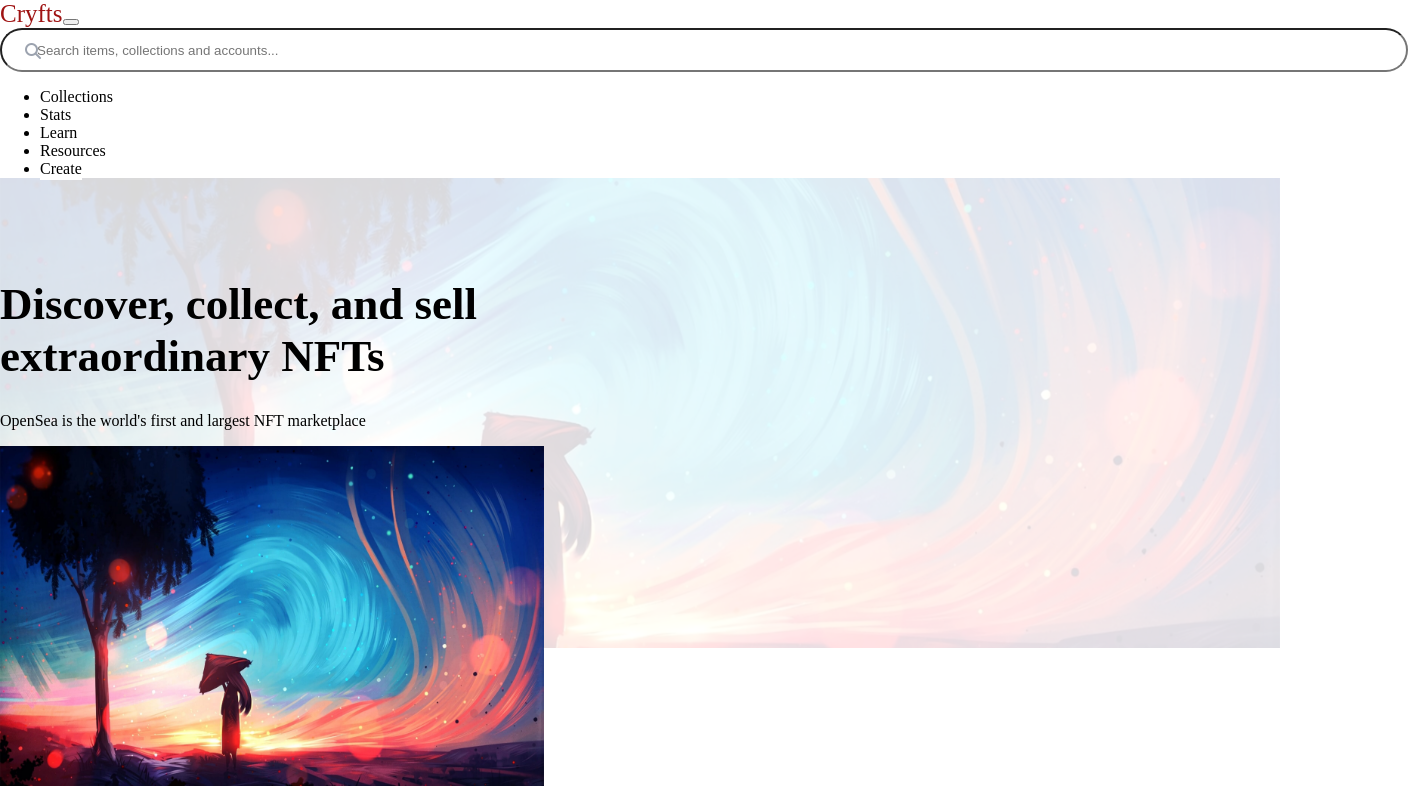
Repository: Huzaifa-2609/opensea_project
Page: /
These files come from the project's save history. The page is drawn as it stood at one moment and after the next save; the edit follows.
The browser window is 1280 px wide. The page is 1408 px wide, so the pictures cover 1408 px, including what lies to the right of the window. The pictures show the whole page.
Some web libraries are served in a nearby version. The project was rebuilt for these pictures with package versions that can differ from the ones it lists, and the page was loaded fresh each time. The framework's server and built-in components were replaced by stand-ins that run in the browser. Also part of the build but not shown: next.config.js, styles/Home.module.css.

Above is the page before, as saved 2022-07-09 18:57:30.

### pages/_app.js
import Navbar from '../components/Navbar'
import '../styles/globals.css'
import Head from "next/head"
import Script from 'next/script'
import "../styles/hero.css"
function MyApp({ Component, pageProps }) {
  return(
    <>
    <Script src="https://kit.fontawesome.com/30bda3e318.js" crossorigin="anonymous"></Script>
    <Script src="https://cdn.jsdelivr.net/npm/bootstrap@5.2.0-beta1/dist/js/bootstrap.bundle.min.js" integrity="sha384-pprn3073KE6tl6bjs2QrFaJGz5/SUsLqktiwsUTF55Jfv3qYSDhgCecCxMW52nD2" crossOrigin="anonymous"></Script>
    <Navbar title={"Cryfts"}/>
  <Component {...pageProps} />
  </>
  )
}

export default MyApp

### pages/_document.js
import { Html, Head, Main, NextScript } from 'next/document'

export default function Document() {
  return (
    <Html>
      <Head>
      <link href="https://cdn.jsdelivr.net/npm/bootstrap@5.2.0-beta1/dist/css/bootstrap.min.css" rel="stylesheet" integrity="sha384-0evHe/X+R7YkIZDRvuzKMRqM+OrBnVFBL6DOitfPri4tjfHxaWutUpFmBp4vmVor" crossOrigin="anonymous"/>
      </Head>
      <body>
        <Main />
        <NextScript />
      </body>
    </Html>
  )
}

### pages/index.js
import Head from 'next/head'
import Image from 'next/image'
import Hero from '../components/Hero'
import styles from '../styles/Home.module.css'

export default function Home() {
  return (
    <>
    <div>
      <Head>
        <title>Create Next App</title>
        <meta name="description" content="Generated by create next app" />
        <link rel="icon" href="/favicon.ico" />
      </Head>
         </div>
      <Hero/>
      </>
  )
}

### components/Navbar.js
import React from 'react'
import Link from 'next/link'
import { useRouter } from 'next/router'
const Navbar = (props) => {
  const location=useRouter();
  return (
    <div>
      <nav className="navbar shadow-sm fixed-top navbar-expand-lg navbar-light">
  <div className="container-fluid">
    <a className="navbar-brand text-color fw-bolder ml-2" href="/">{props.title}</a>
    <button className="navbar-toggler" type="button" data-bs-toggle="collapse" data-bs-target="#navbarSupportedContent" aria-controls="navbarSupportedContent" aria-expanded="false" aria-label="Toggle navigation">
      <span className="navbar-toggler-icon"></span>
    </button>

    <div className="collapse navbar-collapse" style={{width:"50%"}} id="navbarSupportedContent">

            <div className="row height d-flex justify-content-center align-items-center">

                <div className="form">
                  <i className="fa fa-search"></i>
                  <input type="text" className="form-control form-input" placeholder="Search items, collections and accounts..."/>
                </div>

            </div>


      <ul className="navbar-nav gap-4 m-auto mb-2 mb-lg-0 fw-bold" style={location.pathname==="/signup"?{visibility:"hidden"}:{}}>
      <li className="nav-item">
          <Link href="/collections/0x7132e1d414161A232c2027aE6C66D7914649bA66"><a className="nav-link " aria-current="page" >Collections</a></Link>
        </li>
        <li className="nav-item">
          <Link href="/"><a className="nav-link" aria-current="page" >Stats</a></Link>
        </li>
        <li className="nav-item">
          <Link href="/"><a className="nav-link " >Learn</a></Link>
        </li>

        <li className="nav-item dropdown">
          <Link href="/"><a className="nav-link dropdown-toggle pe-none"  id="navbarDropdown" role="button" data-bs-toggle="dropdown" aria-expanded="false">
            Resources
          </a></Link>
          <ul className="dropdown-menu" aria-labelledby="navbarDropdown">
            <li><Link href="/"><a className="dropdown-item" >Action</a></Link></li>
            <li><Link href="/"><a className="dropdown-item" >Another action</a></Link></li>
            <li><hr className="dropdown-divider"/></li>
            <li><Link href="/"><a className="dropdown-item" >Something else here</a></Link></li>
          </ul>
        </li>
        <li className="nav-item">
          <Link  href="/"><a className="nav-link">Create</a></Link>
        </li>
      </ul >
      {/* <form className="d-flex" role="search">
        <ul className="navbar-nav gap-3 media" style={location.pathname==="/signup"?{display:"none"}:{}}>
      <li className="nav-item float-right">
          <Link href="/login"><a className="nav-link"  >Sign in</a></Link>
    </li>
      <li className="nav-item mx-2">
    <Link href='/signup'><a className="btn btn1 btn-primary bd-color bg-color"  style={location.pathname==="/signup"?{display:"none"}:{}} type="submit">Get Started</a></Link>
    </li>
        </ul>
      </form> */}
    </div>
  </div>
</nav>
    </div>
  )
}

export default Navbar

### styles/globals.css
:root {
  --light: #9f1313;
  --dark: #8d1212;
}
html,
body {
  padding: 0;
  margin: 0;
  /* font-family: -apple-system, BlinkMacSystemFont, Segoe UI, Roboto, Oxygen,
    Ubuntu, Cantarell, Fira Sans, Droid Sans, Helvetica Neue, sans-serif; */
}

a {
  color: inherit;
  text-decoration: none;
}

* {
  box-sizing: border-box;
}
@media all and (min-width: 992px) {
  .navbar .nav-item .dropdown-menu{ display: none; }
  .navbar .nav-item .nav-link{ border-bottom:3px solid white;  }
  .navbar .nav-item:hover .nav-link{ border-bottom:3px solid var(--light);  }
  .navbar .nav-item:hover .dropdown-menu{ display: block; }
  .navbar .nav-item .dropdown-menu{ margin-top:0; }


}
@media all and (max-width: 992px){
  .pic{display: none;}
  .signup-cls{   margin-top: 15% !important;}
  .signin-cls .card{border:none; box-shadow: none !important;}
  .media{display: none;}
  .empass{flex-direction: column ;}
}

nav {
  /* border-bottom:1px solid #ede4e4; */
  background-color: white;
}
.comp1{
  width: 22rem;
  border: none;

}
.comp{
  margin: 90px 0px;
}
.text-color{
  color: var(--dark);
}
.bg-color{
  background-color: var(--dark);
}
.btn1:hover{
  background-color: var(--light);
  border-color: var(--dark);

}
.bd-color{
  border-color: var(--dark);
}
.navbar-light .navbar-brand{
  color: var(--dark);
}
.navbar-light .navbar-brand:hover{
  color: var(--light);
}
.navbar-brand{
  font-size: 25px;
}
.link-hover :hover{
  color: var(--dark);
}
.form-check-label-color{
  color: var(--dark);
}
.form-outline{
  width: 75%!important;
}
.form-control:focus {
  border-color: #ced4da;
  box-shadow: none!important;
}

/* Navbar search css */
.form{
  position: relative;

}

.form .fa-search{

  position: absolute;
  top:15px;
  left: 25px;
  color: #9ca3af;

}

.form span{

  position: absolute;
  right: 17px;
  top: 13px;
  padding: 2px;
  border-left: 1px solid #d1d5db;

}

.left-pan{
  padding-left: 7px;
}

.left-pan i{

 padding-left: 10px;
}

.form-input{
  width: 220%;
  height: 44px;
  text-indent: 33px;
  border-radius: 40px;
}

.form-input:focus{

  box-shadow: none;
  border:none;
}

### styles/hero.css
/* .body{
} */
/* .bg{
    background: url("../public/nftbg.jpg") no-repeat center center/cover;
} */
.bg::before{
    content: "";
    background:url("../public/nftbg.jpg") no-repeat center center/cover;
    position: absolute;
    height:90%;
    width:100%;
    z-index: -1;
    opacity: 0.15;
    top: 0px;
    left: 0px;
}

### components/Hero.js
import React from "react";
import Image from "next/image";
import img from "../public/nftbg.jpg";

const Hero = () => {
  const style = {
    background: img,
    marginTop: "100px",
    height:"70vh"
  };
  return (
    <>
      <div className="container d-flex justify-content-between bg align-items-center " style={style}>
        <div className="card mb-3 border-0 bg-transparent" style={{ width: "34rem"}}>
          <div className="card-body">
            <h1 className="card-title " style={{fontSize:"45px"}}>Discover, collect, and sell extraordinary NFTs</h1>
            <p className="card-subtitle text-muted mt-3 fs-2" >
            OpenSea is the world's first and largest NFT marketplace
            </p>
          </div>
        </div>
        <div className="card mb-3 border-0 " style={{ width: "34rem"}}>
          <Image src={img} className="card-img-top" alt="..." style={{ height:"34rem"}} />
          {/* <div className="card-body">
            <h1 className="card-title">Discover, collect, and sell extraordinary NFTs</h1>
            <h3 className="card-subtitle text-muted mt-3">
            OpenSea is the world's first and largest NFT marketplace
            </h3>
          </div> */}
        </div>
      </div>
    </>
  );
};

export default Hero;

After the next save:
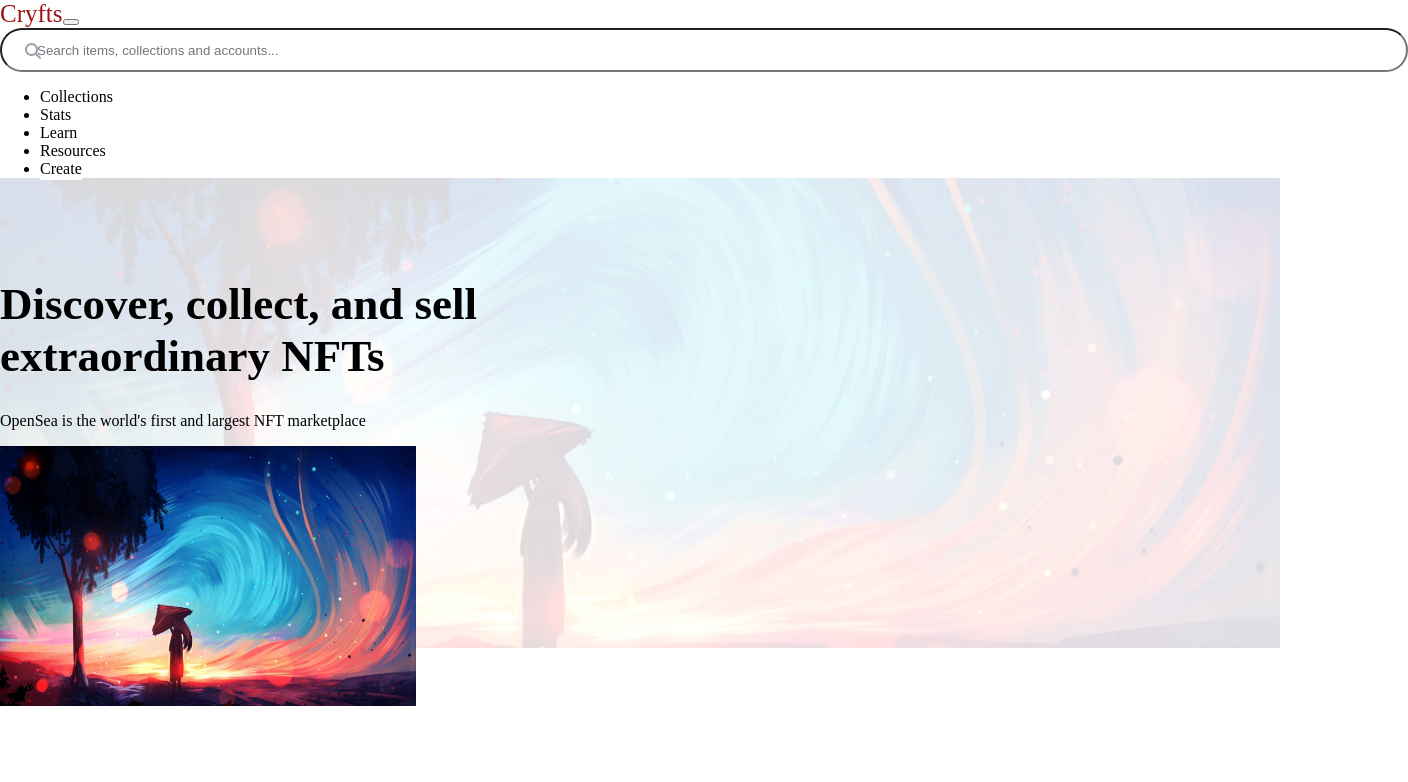
Saved 35 s later.
--- a/components/Hero.js
+++ b/components/Hero.js
@@ -19,7 +19,7 @@ const Hero = () => {
             </p>
           </div>
         </div>
-        <div className="card mb-3 border-0 " style={{ width: "34rem"}}>
+        <div className="card mb-3 border-0 " style={{ width: "26rem"}}>
           <Image src={img} className="card-img-top" alt="..." style={{ height:"34rem"}} />
           {/* <div className="card-body">
             <h1 className="card-title">Discover, collect, and sell extraordinary NFTs</h1>
